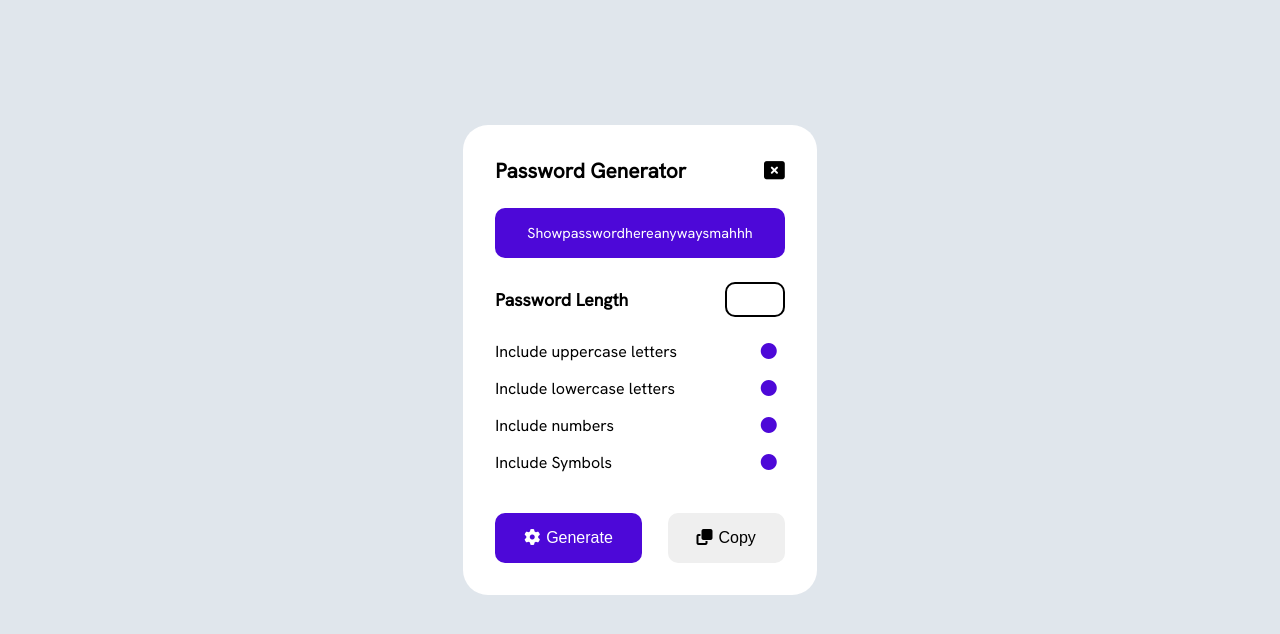
Repository: emiliaiwu/password_generator
Page: index.html
The author's editor kept a copy of each file at every save. The page is drawn from the files as they stood at one save, then again after a run of saves.
The browser window is 1280 px wide. The pictures show the whole page.
Some web libraries are served in a nearby version.

Above is the page before, as saved 2022-12-14 04:59:35.

### index.html
<!DOCTYPE html>
<html lang="en">
<head>
    <meta charset="UTF-8">
    <meta http-equiv="X-UA-Compatible" content="IE=edge">
    <meta name="viewport" content="width=device-width, initial-scale=1.0">
    <link rel="stylesheet" href="style.css">
    <script src="https://kit.fontawesome.com/fd9c36575f.js" crossorigin="anonymous"></script>
    <title>Password Generator</title>
</head>
<body>
    <div class="container">
        <div class="title">
            <h2>Password Generator</h2>
            <i class="fa-solid fa-rectangle-xmark"></i>
        </div>

        <div class="display_password">
            <p>Showpasswordhereanywaysmahhh</p>
        </div>

        <div class="password_attributes">
            <div class="password_length">
                <h3>Password Length</h3>
                <input type="text">
            </div>

            <div class="password_includes">
                <ul>
                    <li class="list">
                        <label for="uppercase" id="uppercase_letters">Include uppercase letters
                            <i class="fa-solid fa-circle"></i>
                            <i class="fa-solid fa-circle-check"></i>
                            <input type="checkbox" name="uppercase" id="uppercase" class="uppercase">
                        </label>
                    </li>
                    <li class="list">
                        <label for="lowercase" id="lowercase_letters">Include lowercase letters
                            <i class="fa-solid fa-circle"></i>
                            <i class="fa-solid fa-circle-check"></i>
                            <input type="checkbox" name="lowercase" id="lowercase" class="lowercase">
                        </label>
                    </li>
                    <li class="list">
                        <label for="numbers" id="include_numbers">Include numbers
                            <i class="fa-solid fa-circle"></i>
                            <i class="fa-solid fa-circle-check"></i>
                            <input type="checkbox" name="numbers" id="numbers" class="numbers">
                        </label>

                    </li>
                    <li class="list">
                        <label for="symbols" id="include_symbols">Include Symbols
                            <i class="fa-solid fa-circle"></i>
                            <i class="fa-solid fa-circle-check"></i>
                            <input type="checkbox" name="symbols" id="symbols" class="symbols">
                        </label>

                    </li>
                </ul>
            </div>
        </div>

        <div class="cta">
            <button class="btn generate"><i class="fa-solid fa-gear"></i>Generate</button>
            <button class="btn copy"><i class="fa-solid fa-clone"></i>Copy</button>
        </div>
    </div>
</body>
</html>

### style.css
@import url('https://fonts.googleapis.com/css2?family=Hanken+Grotesk:wght@300;400&display=swap');


* {
    margin: 0;
    padding: 0;
    box-sizing: border-box;
    list-style-type: none;
}


:root {
    --BG-COLOR: #fff;
    --BG-COLOR2:
}


body {
    width: 100vw;
    height: 100vh;
    font-family: 'Hanken Grotesk', sans-serif;
    display: flex;
    align-items: center;
    justify-content: center;
    color: #000;
    background-color: rgb(224, 230, 236);
}

.container {
    background-color: var(--BG-COLOR);
    display: flex;
    flex-direction: column;
    align-items: left;
    justify-content: space-between;
    gap: 1.5rem;
    padding: 2rem;
    border-radius: 25px;

}

h2 {
   font-size: 1.3rem;
   font-family: inherit;
}

h3 {
    font-size: 1.1rem;
    font-family: inherit;
}

.title,
label,
.password_length,
.cta {
    display: flex;
    align-items: center;
    justify-content: space-between;
}

.fa-rectangle-xmark {
    font-size: 1.3rem;
}

.display_password {
    padding: 1rem 2rem;
    border-radius: 10px;
    background: #4d08d8;
    color: #fff;
    overflow: hidden;
}

.display_password p {
    font-size: .9rem;
    word-wrap: break-word;
}

.password_length {
    margin-bottom: 1.5rem;
}

.password_length input[type="text"] {
    width: 60px;
    padding: .3rem .7rem;
    font-size: 1.1rem;
    border: 2px solid #000;
    border-radius: 10px;
    background-color:
    border: none;
}

.password_length input[type="text"]:focus {
    outline: none;
}

.list {
    margin-top: 1rem;
}

.list input[type="checkbox"] {
    /* width: 20px; */
    padding: 1rem;

}

label {
     position: relative;
}

.list .fa-solid {
    position: absolute;
    top: 50%;
    right: 0;
    transform: translate(-50%, -50%);
}

.fa-circle {
    color: #4d08d8;
}

.fa-circle-check{
    opacity: 0;
}

.list input {
    opacity: 0;
}


.btn {
    margin-top: 1rem;
    padding: 1rem 1.8rem;
    font-size: 1rem;
    border: none;
    border-radius: 10px;

}

.generate {
    background-color:#4d08d8;
    color: #fff;
}

.btn .fa-solid {
    margin-right: 6px;
}

After the next 2 saves:
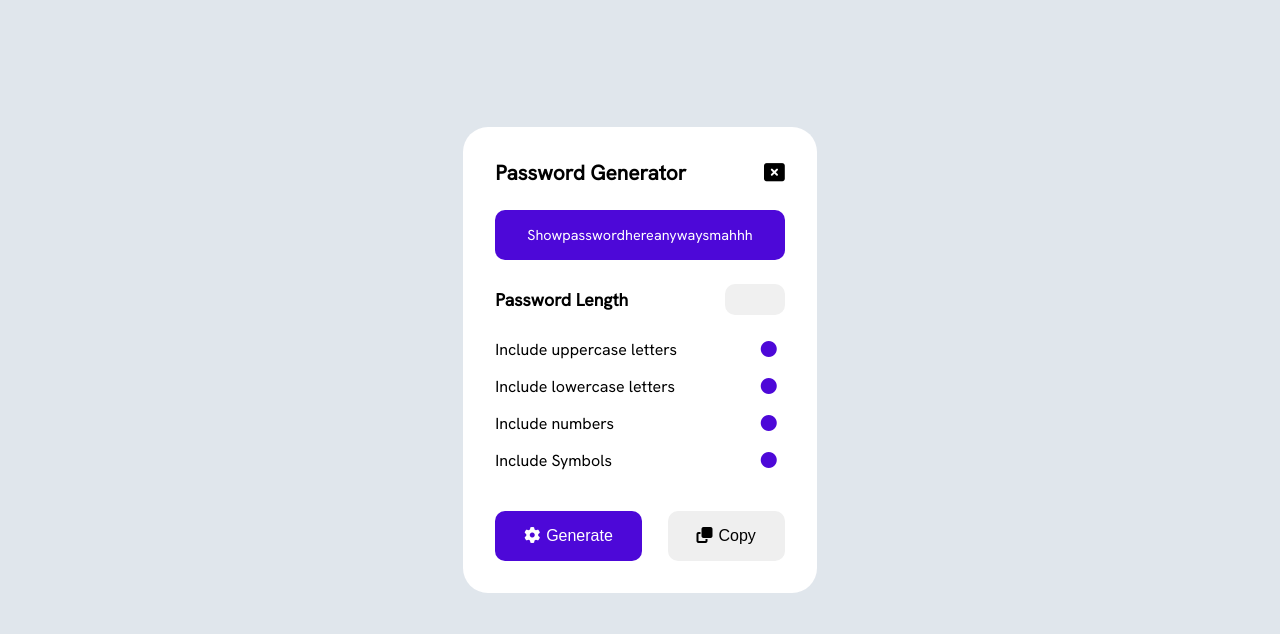
The 2 saves are shown as one change because they came seconds apart.
The last was saved 6 s later.
--- a/style.css
+++ b/style.css
@@ -84,7 +84,7 @@ label,
     font-size: 1.1rem;
     border: 2px solid #000;
     border-radius: 10px;
-    background-color:
+    background-color: #f0f0f0;
     border: none;
 }
 
